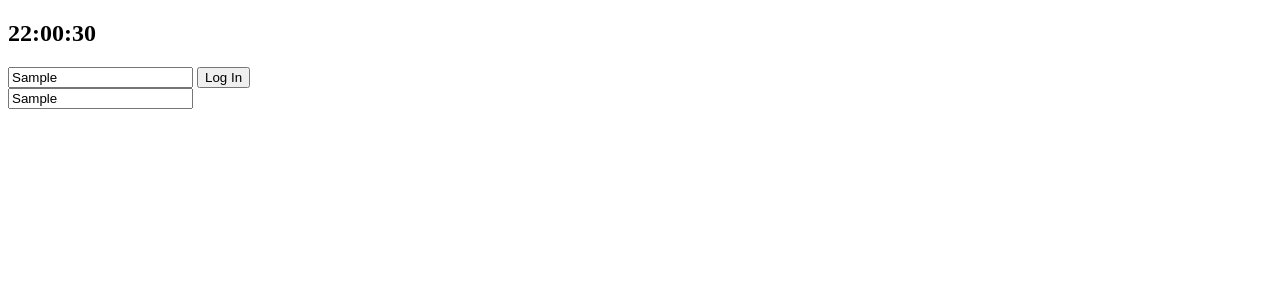
Repository: yoonanimous/ChromeApp
Page: index.html
These files come from the project's save history. The page is drawn as it stood at one moment and after the next save; the edit follows.
The browser window is 1280 px wide. The pictures show the whole page.
Empty fields were first filled with sample values (such as "Sample", 5 or name@example.com).
After loading, the first visible `#todo-form` was submitted once.

Above is the page before, as saved 2022-12-04 09:36:03.

After the next save:
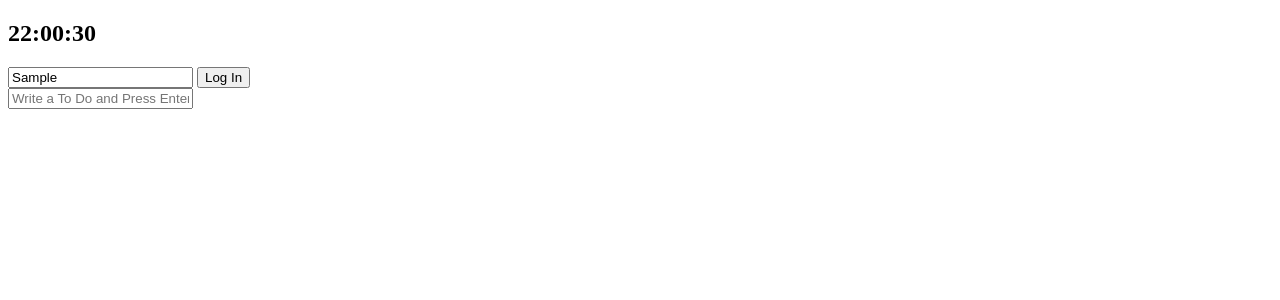
Saved 53 s later.
--- a/js/todo.js
+++ b/js/todo.js
@@ -4,6 +4,7 @@
 
 function handleToDoSubmit(event) {
 	event.preventDefault();
+	toDOInput.value = "";
 }
 
 toDoForm.addEventListener("submit", handleToDoSubmit);

After the 2 saves that followed:
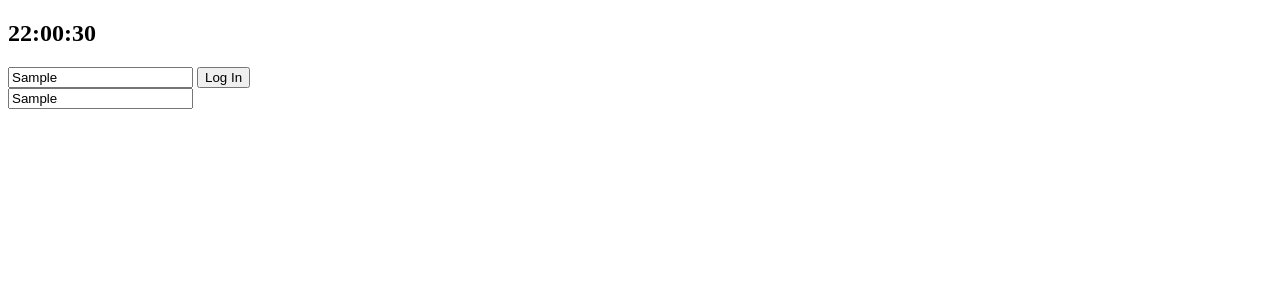
Console error: ReferenceError: toDoInput is not defined
The 2 saves are shown as one change because 1 left the picture as it was.
The last was saved 26 s later.
--- a/js/todo.js
+++ b/js/todo.js
@@ -4,7 +4,8 @@
 
 function handleToDoSubmit(event) {
 	event.preventDefault();
-	toDOInput.value = "";
+	const newToDo = toDoInput.value;
+	toDoInput.value = "";
 }
 
 toDoForm.addEventListener("submit", handleToDoSubmit);
